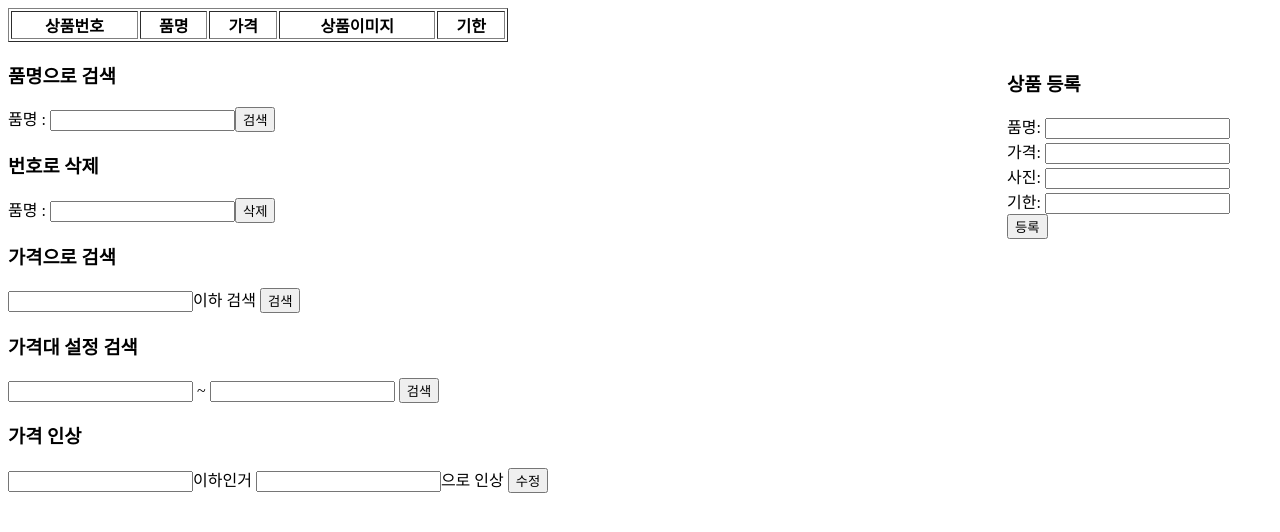
Repository: Gomserker/Web-development
Page: http://localhost/04_MyBatis/
These files come from the project's save history. The page is drawn as it stood at one moment and after the next save; the edit follows.
The browser window is 1280 px wide. The pictures show the whole page.
The page is served by Tomcat 9. Other server files are loaded and not shown. The template is opened directly, without the code that normally fills it, so the values that code supplies are empty.

Above is the page before, as saved 2022-01-21 04:39:52.

### workspace/04_MyBatis/WebContent/index.jsp
<%@ page language="java" contentType="text/html; charset=UTF-8"
	pageEncoding="UTF-8"%>
<%@ taglib uri="http://java.sun.com/jsp/jstl/core" prefix="c"%>
<%@ taglib uri="http://java.sun.com/jsp/jstl/fmt" prefix="fmt"%>
<!DOCTYPE html>
<html>
<head>
<meta charset="UTF-8">
<title>Insert title here</title>
</head>
<style>
	div {
		position: fixed;
		right: 50px;
		top: 50px;
	}
</style>
<body>
	<table border="1" style="width: 500px">
		<tr>
			<th>상품번호</th>
			<th>품명</th>
			<th>가격</th>
			<th>상품이미지</th>
			<th>기한</th>
		</tr>

		<c:forEach var="p" items="${products}">
			<tr>
				<td align="center">${p.p_no}</td>
				<td align="center">${p.p_name }</td>
				<td align="center"><fmt:formatNumber value="${p.p_price}"
						type="currency" /></td>
				<td align="center"><img src="${p.p_img}"
					style="max-width: 200px"></td>
				<td align="center"><fmt:formatDate value="${p.p_exp}"
						type="date" dateStyle="short" /></td>
			</tr>
		</c:forEach>
	</table>

	<div>
		<h3>상품 등록</h3>
		<form action="RegController" method="post">
			품명: <input name="name"> <br>
			가격: <input name="price"> <br>
			사진: <input name="img"> <br>
			기한: <input name="date"> <br>
			<button>등록</button>
		</form>
	</div>

	<h3>품명으로 검색</h3>
	<form action="SearchController">
		품명 : <input name="name"><button>검색</button>
	</form>
	<h3>번호로 삭제</h3>
	<form action="DeleteByNumberController">
		품명 : <input name="number"><button>삭제</button>
	</form>
	<h3>가격으로 검색</h3>
	<form action="PriceSearchController">
		 <input name="price">이하 검색 <button>검색</button>
	</form>
	<h3>가격대 설정 검색</h3>
	<form action="PriceRangeSearchController">
		<input name="price1"> ~ <input name="price2">
		<button>검색</button>
	</form>
	<h3>가격 인상</h3>
	<form action="PriceUpdateController">
		<input name="price1">이하인거 <input name="price2">으로 인상
		<button>수정</button>
	</form>
</body>
</html>

After the next save:
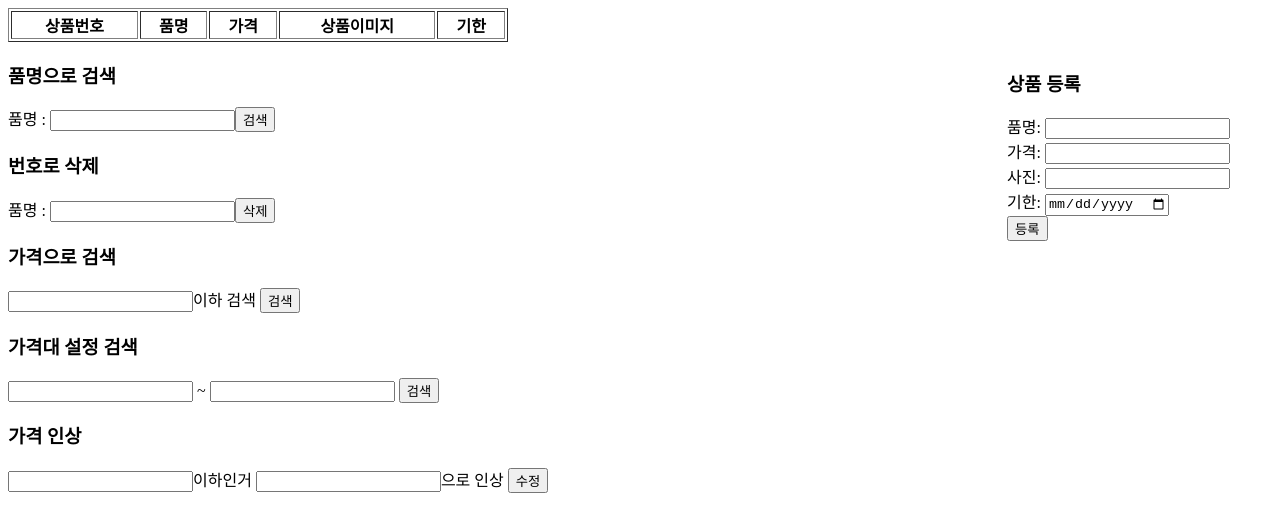
Saved 78 s later.
--- a/workspace/04_MyBatis/WebContent/index.jsp
+++ b/workspace/04_MyBatis/WebContent/index.jsp
@@ -45,7 +45,7 @@
 			품명: <input name="name"> <br>
 			가격: <input name="price"> <br>
 			사진: <input name="img"> <br>
-			기한: <input name="date"> <br>
+			기한: <input name="date" type="date"> <br>
 			<button>등록</button>
 		</form>
 	</div>
